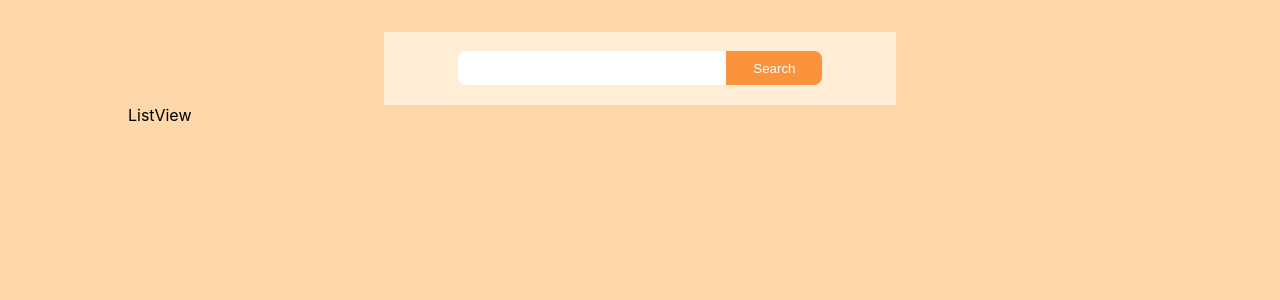
Repository: sandipkarmokar/recipeApp
Page: /
The author's editor kept a copy of each file at every save. The page is drawn from the files as they stood at one save, then again after the next save.
The browser window is 1280 px wide. The pictures show the whole page.
The project was rebuilt for these pictures with package versions that can differ from the ones it lists, and the page was loaded fresh each time.

Above is the page before, as saved 2022-04-16 12:00:17.

### src/App.js
import { useState } from 'react';
import './App.css';
import SearchBar from './components/searchBar';
import ListView from './components/listView';

const App = () => {
    const [query, setQuery] = useState('');
    const [recipeList, setRecipeList] = useState([]);
    const [isLoading, setIsLoading] = useState(true);
    const [recipeId, setRecipeId] = useState('');

    const url = `https://forkify-api.herokuapp.com/api/search?q=${query}`;
    const recipeUrl = `https://forkify-api.herokuapp.com/api/get?rId=${recipeId}`;

    return (
        <div className="app">
            <div className="app-container">
                <SearchBar></SearchBar>
                <div className="recipe-modal">
                    <ListView></ListView>
                </div>
            </div>
        </div>
    );
};

export default App;

### src/App.css
* {
    margin: 0;
    padding: 0;
    box-sizing: border-box;
}

.app {
    height: 100vh;
    width: 100vw;
    background-color: #fed7aa;
}

.app .app-container {
    margin: 0 auto;
    width: 80%;
    padding: 2rem 0;
    display: flex;
    justify-content: center;
    flex-direction: column;
}

.app .app-container .searchBar {
    width: 50%;
    background-color: #ffedd5;
    padding: 1.2rem 1rem;
    margin: 0 auto;
    width: 50%;
    display: flex;
    justify-content: center;
}
.app .app-container .searchBar .searchBar-container {
    width: 80%;
    margin: 0 auto;
    display: flex;
    justify-content: center;
}
.app .app-container .searchBar .searchBar-container input {
    width: 70%;
    padding: 0.4rem 1rem;
    border: none;
    border-radius: 0.5rem 0 0 0.5rem;
}

.app .app-container .searchBar .searchBar-container button {
    width: 25%;
    padding: 0.6rem 1rem;
    background-color: #fb923c;
    border: none;
    color: #fff;
    border-radius: 0 0.5rem 0.5rem 0;
}

.app .app-container .recipe-modal {
    width: 80%;
    background-color: ;
}

### src/components/searchBar.js
import React from 'react';

const SearchBar = () => {
    return (
        <div className="searchBar">
            <form className="searchBar-container">
                <input type="text" />
                <button type="submit">Search</button>
            </form>
        </div>
    );
};

export default SearchBar;

### src/components/listView.js
import React from 'react';

const ListView = () => {
    return <div>ListView</div>;
};

export default ListView;

Loaded but not shown: public/index.html (common file); src/index.js (common file); src/index.css (common file); src/reportWebVitals.js (common file)

After the next save:
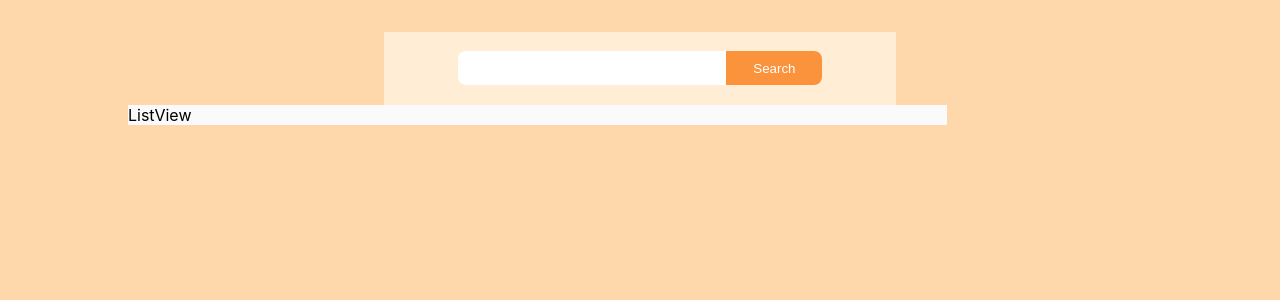
Saved 8 s later.
--- a/src/App.css
+++ b/src/App.css
@@ -52,5 +52,5 @@
 
 .app .app-container .recipe-modal {
     width: 80%;
-    background-color: ;
+    background-color: #fafafa;
 }
